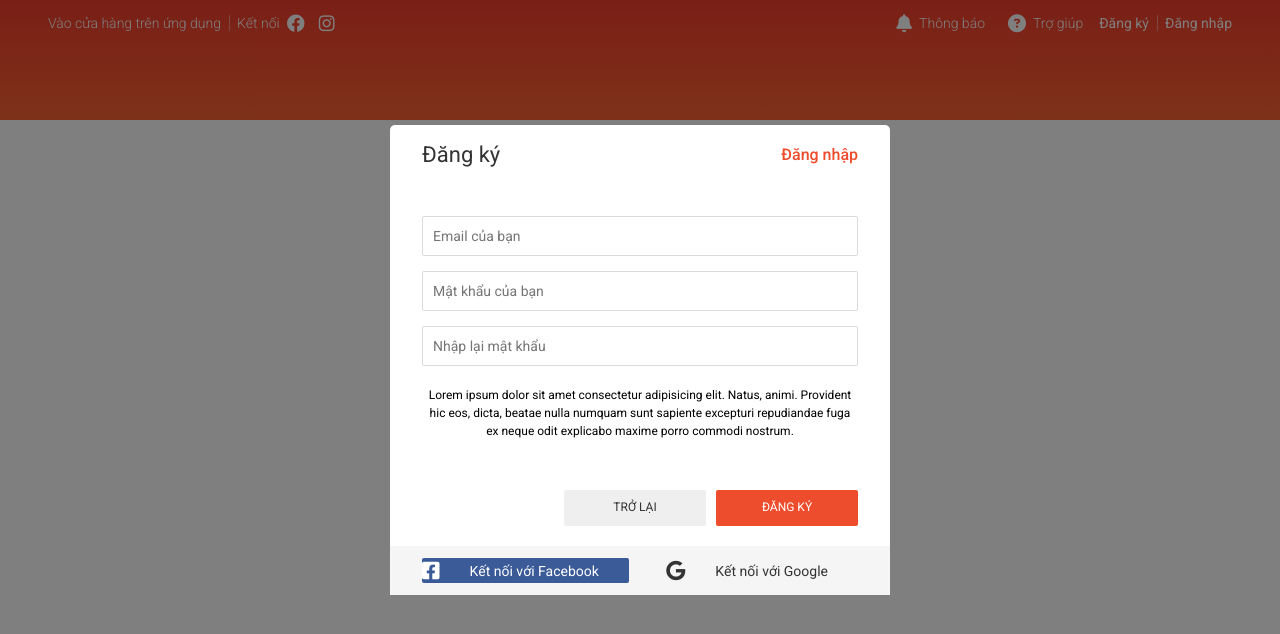
Repository: dptuyen1/F8-Tutorial
Page: index.html
These files come from the project's save history. The page is drawn as it stood at one moment and after the next save; the edit follows.
The browser window is 1280 px wide. The pictures show the whole page.

Above is the page before, as saved 2023-05-08 18:19:06.

### index.html
<!DOCTYPE html>
<html lang="en">
  <head>
    <meta charset="UTF-8" />
    <meta http-equiv="X-UA-Compatible" content="IE=edge" />
    <meta name="viewport" content="width=device-width, initial-scale=1.0" />
    <title>Document</title>
    <link
      rel="stylesheet"
      href="https://cdnjs.cloudflare.com/ajax/libs/normalize/8.0.1/normalize.min.css"
      integrity="sha512-NhSC1YmyruXifcj/KFRWoC561YpHpc5Jtzgvbuzx5VozKpWvQ+4nXhPdFgmx8xqexRcpAglTj9sIBWINXa8x5w=="
      crossorigin="anonymous"
      referrerpolicy="no-referrer"
    />
    <link rel="stylesheet" href="assets/css/base.css" />
    <link rel="stylesheet" href="assets/css/main.css" />
    <link
      rel="stylesheet"
      href="assets/fonts/fontawesome-free-6.4.0-web/css/all.min.css"
    />
    <link rel="preconnect" href="https://fonts.googleapis.com" />
    <link rel="preconnect" href="https://fonts.gstatic.com" crossorigin />
    <link
      href="https://fonts.googleapis.com/css2?family=Roboto:wght@300;400;500;700&display=swap"
      rel="stylesheet"
    />
  </head>

  <body>
    <div class="app">
      <header class="header">
        <div class="grid">
          <nav class="header__navbar">
            <ul class="header__navbar-list">
              <li
                class="header__navbar-item header__navbar-item-has-qr header__navbar-item-separate"
              >
                Vào cửa hàng trên ứng dụng
                <div class="header__qr">
                  <img
                    src="assets/img/qr_code.png"
                    alt="QR Cođe"
                    class="header__qr-img"
                  />
                  <div class="header__qr-apps">
                    <a href="" class="header__qr-link">
                      <img
                        src="assets/img/google_play.png"
                        alt="Google Play"
                        class="header__qr-download-img"
                      />
                    </a>
                    <a href="" class="header__qr-link">
                      <img
                        src="assets/img/app_store.png"
                        alt="App Store"
                        class="header__qr-download-img"
                      />
                    </a>
                  </div>
                </div>
              </li>
              <li class="header__navbar-item">
                <span class="header__navbar-title-no-pointer">Kết nối</span>
                <a href="" class="header__navbar-icon-link">
                  <i class="header__navbar-icon fa-brands fa-facebook"></i>
                </a>
                <a href="" class="header__navbar-icon-link">
                  <i class="header__navbar-icon fa-brands fa-instagram"></i>
                </a>
              </li>
            </ul>
            <ul class="header__navbar-list">
              <li class="header__navbar-item header__navbar-item--has-notify">
                <a href="" class="header__navbar-item-link">
                  <a href="" class="header__navbar-icon-link">
                    <i class="header__navbar-icon fa-solid fa-bell"></i> </a
                  >Thông báo
                </a>
                <div class="header__notify">
                  <header class="header__notify-header">
                    <h3>Thông báo mới nhận</h3>
                  </header>
                  <ul class="header__notify-list">
                    <li class="header__notify-item">
                      <a href="" class="header_notify-link">
                        <img
                          src="assets/img/comestic.jpg"
                          alt=""
                          class="header__notify-img"
                        />
                        <div class="header__notify-info">
                          <span class="header_notify-name"
                            >Mỹ phẩm Ohui chính hãng</span
                          >
                          <span class="header__notify-description"
                            >Mô tả mỹ tả Ohui chính hãng</span
                          >
                        </div>
                      </a>
                    </li>
                    <li class="header__notify-item header__notify-item--read">
                      <a href="" class="header_notify-link">
                        <img
                          src="assets/img/comestic.jpg"
                          alt=""
                          class="header__notify-img"
                        />
                        <div class="header__notify-info">
                          <span class="header_notify-name"
                            >Mỹ phẩm Ohui chính hãng</span
                          >
                          <span class="header__notify-description"
                            >Mô tả mỹ tả Ohui chính hãng</span
                          >
                        </div>
                      </a>
                    </li>
                    <li class="header__notify-item">
                      <a href="" class="header_notify-link">
                        <img
                          src="assets/img/comestic.jpg"
                          alt=""
                          class="header__notify-img"
                        />
                        <div class="header__notify-info">
                          <span class="header_notify-name"
                            >Mỹ phẩm Ohui chính hãng</span
                          >
                          <span class="header__notify-description"
                            >Mô tả mỹ tả Ohui chính hãng</span
                          >
                        </div>
                      </a>
                    </li>
                  </ul>
                  <footer class="header__notify-footer">
                    <a href="" class="header__notify-footer-btn">Xem tất cả</a>
                  </footer>
                </div>
              </li>
              <li class="header__navbar-item">
                <a href="" class="header__navbar-item-link">
                  <a href="" class="header__navbar-icon-link">
                    <i
                      class="header__navbar-icon fa-solid fa-circle-question"
                    ></i></a
                  >Trợ giúp
                </a>
              </li>
              <li
                class="header__navbar-item header__navbar-item-bold header__navbar-item-separate"
              >
                Đăng ký
              </li>
              <li class="header__navbar-item header__navbar-item-bold">
                Đăng nhập
              </li>
            </ul>
          </nav>
        </div>
      </header>

      <div class="container"></div>

      <footer class="footer"></footer>
    </div>

    <!-- Modal layout -->
    <div class="modal">
      <div class="modal__overlay"></div>
      <div class="modal__body">
        <div class="modal__inner"></div>

        <!-- Authenticated Form -->
        <form class="auth-form">
          <div class="auth-form__container">
            <div class="auth-form__header">
              <h3 class="auth_form__heading">Đăng ký</h3>
              <span class="auth_form__switch-btn">Đăng nhập</span>
            </div>
            <div class="auth-form__form">
              <div class="auth-form__group">
                <input
                  type="text"
                  class="auth-form__input"
                  placeholder="Email của bạn"
                />
              </div>
              <div class="auth-form__group">
                <input
                  type="password"
                  class="auth-form__input"
                  placeholder="Mật khẩu của bạn"
                />
              </div>
              <div class="auth-form__group">
                <input
                  type="password"
                  class="auth-form__input"
                  placeholder="Nhập lại mật khẩu"
                />
              </div>
            </div>
            <div class="auth-form__aside">
              <p>
                Lorem ipsum dolor sit amet consectetur adipisicing elit. Natus,
                animi. Provident hic eos, dicta, beatae nulla numquam sunt
                sapiente excepturi repudiandae fuga ex neque odit explicabo
                maxime porro commodi nostrum.
              </p>
            </div>
            <div class="auth-form__controls">
              <button class="btn btn--back">TRỞ LẠI</button>
              <button class="btn btn--primary">ĐĂNG KÝ</button>
            </div>
          </div>

          <div class="auth-form__socials">
            <a
              href=""
              class="auth-form__socials--facebook btn btn--size-s btn--with-icon"
            >
              <i
                class="auth-form_socials-icon fa-brands fa-square-facebook"
              ></i>
              <span class="auth-form__socials-label">Kết nối với Facebook</span>
            </a>
            <a
              href=""
              class="auth-form__socials--google btn btn--size-s btn--with-icon"
            >
              <i class="auth-form_socials-icon fa-brands fa-google"></i>
              <span class="auth-form__socials-label">Kết nối với Google</span>
            </a>
          </div>
        </form>
      </div>
    </div>
  </body>
</html>

### assets/css/base.css
:root {
  --primary-color: #ee4d2d;
  --white-color: #fff;
  --black-color: #000;
  --text-color: #333;
  --border-color: #dbdbdb;
}

* {
  box-sizing: inherit;
}

html {
  font-size: 62.5%;
  line-height: 1.6rem;
  font-family: "Roboto", sans-serif;
  box-sizing: border-box;
}

.grid {
  width: 1200px;
  max-width: 100%;
  /* căn giữa */
  margin: 0 auto;
}

.grid__full-width {
  width: 100%;
}

.grid__row {
  display: flex;
  flex-wrap: wrap;
}

/* Modal */
.modal {
  position: fixed;
  top: 0;
  right: 0;
  bottom: 0;
  left: 0;
  display: flex;
}

.modal__overlay {
  position: absolute;
  width: 100%;
  height: 100%;
  background-color: rgba(0, 0, 0, 0.5);
}

.modal__body {
  background-color: var(--white-color);
  margin: auto;
  position: relative;
  z-index: 1;
  border-radius: 5px;
}

.modal__inner {
}

/* Button style */
.btn {
  min-width: 142px;
  height: 36px;
  text-decoration: none;
  border: none;
  border-radius: 2px;
  cursor: pointer;
  padding: 0;
  font-size: 1.2rem;
  color: var(--text-color);
  display: flex;
  justify-content: center;
  align-items: center;
}

.btn:hover {
  background-color: rgba(0, 0, 0, 0.2);
}

.btn.btn--size-s {
  height: 25px;
  font-size: 1.4rem;
}

.btn.btn--primary {
  color: var(--white-color);
  background-color: var(--primary-color);
}

.btn.btn--disabled {
  color: #ccc;
  cursor: default;
  background-color: #999;
}

/* Animation */
@keyframes fadeIn {
  from {
    opacity: 0;
  }

  to {
    opacity: 1;
  }
}

@keyframes notifyGrowth {
  from {
    opacity: 0;
    transform: scale(0);
  }

  to {
    opacity: 1;
    transform: scale(1);
  }
}

### assets/css/main.css
.header {
  height: 120px;
  background-image: linear-gradient(0, #fe6433, #f53e2d);
}

.header__navbar {
  display: flex;
  justify-content: space-between;
}

.header__navbar-list {
  list-style: none;
  padding-left: 0;
}

.header__navbar-item {
  margin: 0 8px;
  position: relative;
  min-height: 26px;
}

.header__navbar-item-has-qr:hover .header__qr {
  display: block;
}

.header__navbar-item,
.header__navbar-item-link {
  display: inline-block;
  font-size: 1.4rem;
  color: var(--white-color);
  text-decoration: none;
  font-weight: 300;
}

.header__navbar-list,
.header__navbar-item,
.header__navbar-item-link,
.header__navbar-icon-link {
  display: inline-flex;
  align-items: center;
}

.header__navbar-item:hover,
.header__navbar-item-link:hover,
.header__navbar-icon-link:hover {
  color: rgba(255, 255, 255, 0.5);
  cursor: pointer;
}

.header__navbar-item--has-notify:hover .header__notify {
  display: block;
}

.header__navbar-item-bold {
  font-weight: 400;
}

.header__navbar-item-separate::after {
  content: "";
  display: block;
  position: absolute;
  border-left: 1px solid #fb9086;
  height: 16px;
  right: -9px;
  top: 50%;
  transform: translateY(-50%);
}

.header__navbar-icon-link {
  color: var(--white-color);
  text-decoration: none;
}

.header__navbar-icon {
  font-size: 1.8rem;
  margin: 0 7px;
}

.header__navbar-title-no-pointer {
  cursor: text;
  color: var(--white-color);
}

/* Header QR Code  */
.header__qr {
  width: 185px;
  background-color: var(--white-color);
  position: absolute;
  left: 0;
  /* cao bằng thẻ chứa nó */
  top: 150%;
  padding: 8px;
  border-radius: 2px;
  display: none;
  animation: fadeIn ease-in 0.5s;
}

.header__qr::before {
  content: "";
  display: block;
  position: absolute;
  width: 100%;
  height: 20px;
  left: 0;
  top: -20px;
}

.header__qr-img {
  width: 100%;
}

.header__qr-apps {
  display: flex;
  justify-content: space-between;
}

.header__qr-link:first-child {
  margin-left: 11px;
}

.header__qr-link:last-child {
  margin-right: 11px;
}

.header__qr-download-img {
  height: 15px;
}

/* Header notification */

.header__notify {
  position: absolute;
  top: 150%;
  right: 0;
  width: 405px;
  background-color: var(--white-color);
  border: 1px solid #d3d3d3;
  border-radius: 2px;
  cursor: default;
  transform-origin: top right;
  display: none;
  animation: notifyGrowth ease-in 0.5s;
}

.header__notify::before {
  content: "";
  border-width: 20px 30px;
  border-style: solid;
  border-color: transparent transparent var(--white-color) transparent;
  position: absolute;
  right: 0;
  top: -30px;
}

.header__notify::after {
  content: "";
  display: block;
  position: absolute;
  right: 0;
  top: -20px;
  width: 100%;
  height: 20px;
}

.header__notify-header {
  height: 40px;
  background-color: var(--white-color);
}

.header__notify-header h3 {
  color: #999;
  margin: 0 0 0 12px;
  font-weight: 400;
  font-size: 1.4rem;
  line-height: 40px;
}

.header__notify-list {
  padding-left: 0;
}

.header__notify-item {
  display: flex;
}

.header__notify-item:hover {
  background-color: #f7f7f7;
}

.header__notify-item--read {
  background-color: rgba(238, 77, 45, 0.2);
}

.header_notify-link {
  width: 100%;
  display: flex;
  padding: 12px;
  text-decoration: none;
}

.header__notify-img {
  width: 50px;
  object-fit: contain;
}

.header__notify-info {
  margin-left: 12px;
}

.header_notify-name {
  display: block;
  font-size: 1.4rem;
  color: var(--black-color);
  font-weight: 400;
}

.header__notify-description {
  display: block;
  font-size: 1.2rem;
  line-height: 2rem;
  color: #756f6e;
  margin-top: 10px;
}

.header__notify-footer {
  display: flex;
}

.header__notify-footer-btn {
  text-decoration: none;
  color: var(--text-color);
  margin: 0 auto;
  padding: 10px;
  font-size: 1.4rem;
  font-weight: 400;
}

/* Authenticated modal */
.auth-form {
  width: 500px;
}

.auth-form__container {
  padding: 0 32px;
}

.auth-form__header {
  display: flex;
  align-items: center;
  justify-content: space-between;
}

.auth_form__heading {
  font-size: 2.2rem;
  font-weight: 400;
  color: var(--text-color);
}

.auth_form__switch-btn {
  font-size: 1.6rem;
  color: var(--primary-color);
  font-weight: 500;
  cursor: pointer;
}

.auth-form__form {
  margin-top: 16px;
}

.auth-form__group {
}

.auth-form__input {
  width: 100%;
  height: 40px;
  margin-top: 15px;
  padding: 0 10px;
  font-size: 1.4rem;
  border: 1px solid var(--border-color);
  border-radius: 2px;
  outline: none;
}

.auth-form__input:focus {
  border-color: #777;
}

.auth-form__aside {
  margin-top: 20px;
}

.auth-form__aside p {
  font-size: 1.2rem;
  line-height: 1.8rem;
  text-align: center;
}

.auth-form__controls {
  margin-top: 50px;
  margin-bottom: 20px;
  display: flex;
  justify-content: flex-end;
}

.btn {
}

.btn--back {
  margin-right: 10px;
}

.btn--primary {
}

.auth-form__socials {
  background-color: #f5f5f5;
  padding: 12px 32px;
  display: flex;
  justify-content: space-between;
}

.btn--with-icon {
}

.auth-form_socials-icon {
  font-size: 2rem;
}

.auth-form__socials--facebook {
  color: var(--white-color);
  background-color: #3a5a98;
}

.auth-form__socials--facebook .auth-form_socials-icon {
  color: var(--white-color);
}

.auth-form__socials-label {
  margin: 0 30px;
}

Loaded but not shown: assets/fonts/fontawesome-free-6.4.0-web/css/all.min.css (library)

After the next save:
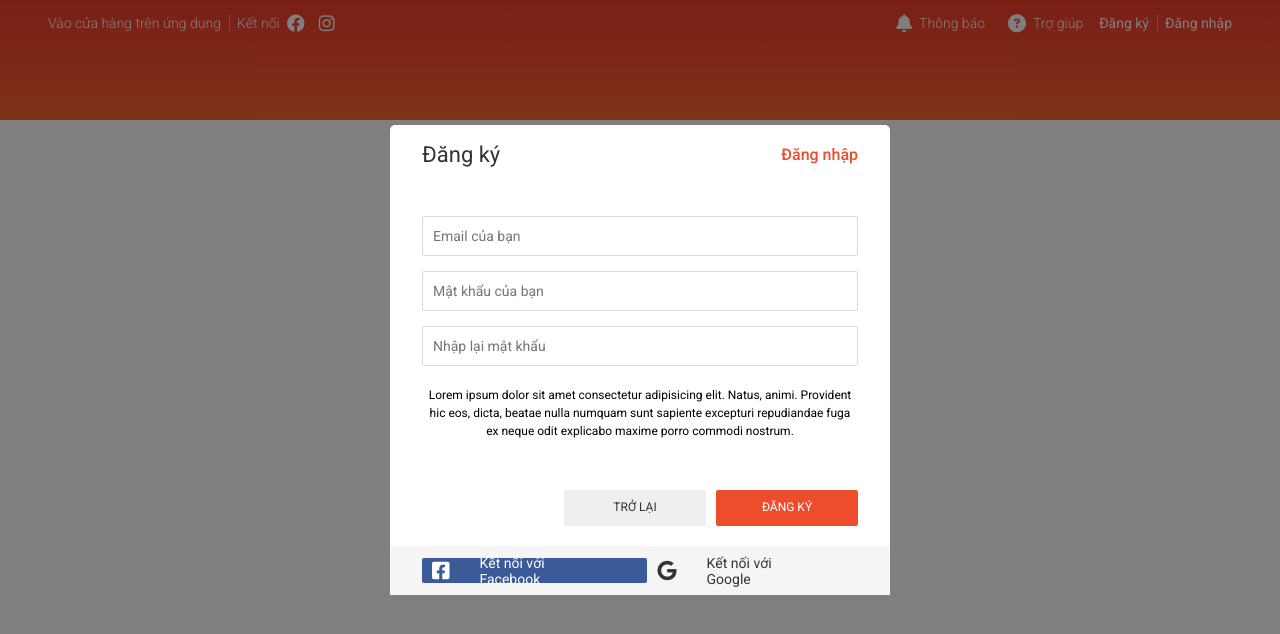
Saved 27 s later.
--- a/assets/css/base.css
+++ b/assets/css/base.css
@@ -84,6 +84,7 @@ html {
 .btn.btn--size-s {
   height: 25px;
   font-size: 1.4rem;
+  padding: 0 10px;
 }
 
 .btn.btn--primary {
